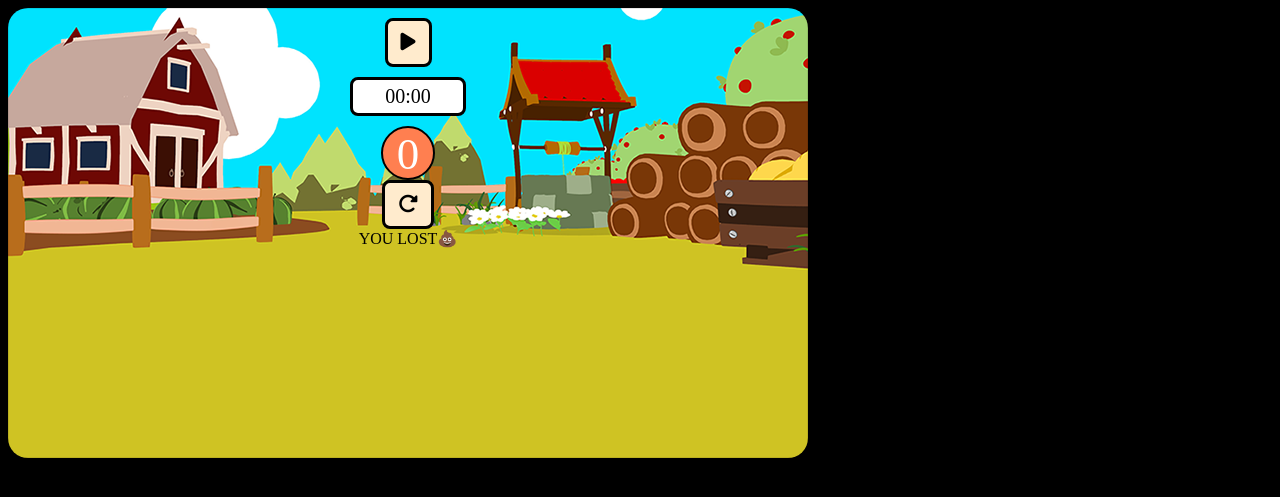
Repository: rladpwl0512/dreamcoding_browser101
Page: (7) catch-carrot-game/catch carrot/index.html
An editor plug-in stored every save of this project. The page is shown before and after the next save, followed by the edit.
The browser window is 1280 px wide. The pictures show the whole page.
Some web libraries are served in a nearby version.

Above is the page before, as saved 2021-10-07 17:44:58.

### (7) catch-carrot-game/catch carrot/index.html
<!DOCTYPE html>
<html lang="en">
<head>
  <meta charset="UTF-8">
  <meta http-equiv="X-UA-Compatible" content="IE=edge">
  <meta name="viewport" content="width=device-width, initial-scale=1.0">
  <link rel="stylesheet" href="./style.css">
  <script src="./main.js" defer></script>
  <script src="https://kit.fontawesome.com/d1f0f5669b.js" crossorigin="anonymous"></script>
  <title>🥕catch carrot</title>
</head>
<body>
  <div class="background">
    <div class="top">
      <button class="btn">
        <i class="fas fa-play"></i>
        <!-- <i class="fas fa-pause"></i> -->
        <span class="blind">start button</span>
      </button>
      <div class="clock">00:00</div>
      <div class="count">0</div>
    </div>
    <div class="bottom">
      <div class="carrot_bug">
        <!--벌레 7개-->
        <img class="bug" src="./img/bug.png" alt="bug">
        <img class="bug" src="./img/bug.png" alt="bug">
        <img class="bug" src="./img/bug.png" alt="bug">
        <img class="bug" src="./img/bug.png" alt="bug">
        <img class="bug" src="./img/bug.png" alt="bug">
        <img class="bug" src="./img/bug.png" alt="bug">
        <img class="bug" src="./img/bug.png" alt="bug">
        <!--당근 10개-->
        <img class="carrot" src="./img/carrot.png" alt="bug">
        <img class="carrot" src="./img/carrot.png" alt="bug">
        <img class="carrot" src="./img/carrot.png" alt="bug">
        <img class="carrot" src="./img/carrot.png" alt="bug">
        <img class="carrot" src="./img/carrot.png" alt="bug">
        <img class="carrot" src="./img/carrot.png" alt="bug">
        <img class="carrot" src="./img/carrot.png" alt="bug">
        <img class="carrot" src="./img/carrot.png" alt="bug">
        <img class="carrot" src="./img/carrot.png" alt="bug">
        <img class="carrot" src="./img/carrot.png" alt="bug">
      </div>
      <div class="alert">
        <button class="btn_replay">
          <i class="fas fa-redo-alt"></i>
        </button>
        <div class="message">YOU LOST💩</div>
      </div>
    </div>
  </div>
</body>
</html>

### (7) catch-carrot-game/catch carrot/style.css
@charset "UTF-8";

body {
  background-color: black;
  text-align: center;
}

button {
  background: transparent;
  box-shadow: 0px 0px 0px transparent;
  border: 0px solid transparent;
  text-shadow: 0px 0px 0px transparent;
  cursor: pointer;
}

.background {
  box-sizing: border-box;
  background-image: url(./img/background.png);
  background-repeat: no-repeat;
  width: 800px;
  height: 450px;
  border-radius: 20px;
  padding-top: 10px;
}

.btn, .btn_replay {
  display: block;
  margin: 0px auto;
  padding: 10px 13px;
  font-size: 20px;
  border: 3px solid black;
  border-radius: 8px;
  background-color: blanchedalmond;
}

.clock {
  width: 100px;
  background-color: white;
  border: 3px solid black;
  border-radius: 8px;
  padding: 5px;
  margin: 0 auto;
  font-size: 20px;
  margin: 10px auto 0;
}

.count {
  width: 50px;
  height: 50px;
  font-size: 45px;
  color: white;
  background-color: coral;
  border: 2px solid black;
  border-radius: 50%;
  margin: 10px auto 0;
}

.blind {
  position: absolute;
  width: 1px;
  height: 1px;
  clip: rect(0 0 0 0);
  margin: -1px;
  overflow: hidden;
}

.bottom {
  position: relative;
  height: 287px;
}

.bug, .carrot {
  display: none;
  position: absolute;
  top: 0;
  left: 0;
}

### (7) catch-carrot-game/catch carrot/main.js
const btn = document.querySelector('.btn');
const clock = document.querySelector('.clock');
const bugs = document.querySelectorAll('.bug');
const carrots = document.querySelectorAll('.carrot');
const count = document.querySelector('.count');

//타이머(count down)
let time = 11; //10초
function timer() {
    const interval = setInterval(function() {
      time--;
      if(time === -1) {
        time=11;
        clearInterval(interval);
        return;
      }
      clock.innerHTML = `00:${time}`;
  }, 1000); //1초마다 실행
}

//랜덤 배치
function random() {
  for(let bug of bugs) {
    let xNum = Math.floor(Math.random() * 720);
    let yNum = Math.floor(Math.random() * 170);
    bug.style.display = "block";
    bug.style.transform = `translate(${xNum}px, ${yNum}px)`;
  }
  for(let carrot of carrots) {
    xNum = Math.floor(Math.random() * 720);
    yNum = Math.floor(Math.random() * 170);
    carrot.style.display = "block";
    carrot.style.transform = `translate(${xNum}px, ${yNum}px)`;
  }
}

//클릭이 되었을 때 버튼 변경
btn.addEventListener('click', () => {
  //1. 중지버튼으로 변경
  btn.innerHTML=`
    <i class="fas fa-square"></i>
    <span class="blind">pause button</span>
  `;
  //2. 타이머 실행
  timer();
  //3. 카운터 실행(클릭 카운터)
  //4. 당근, 벌레 랜덤 배치
  random();
});

//당근이 클릭되었을 때
let cnt = 10; //당근 갯수
for(let carrot of carrots) {
  carrot.addEventListener('click', () => {
    carrot.style.display = "none"; //당근 사라지게 함
    cnt--;//counter 횟수 줄어듦
    count.innerHTML = cnt;
});

//벌레가 클릭되었을 때
for(let bug of bugs) {
  bug.addEventListener('click', () => {
    //you lost
  })
}
}

After the next save:
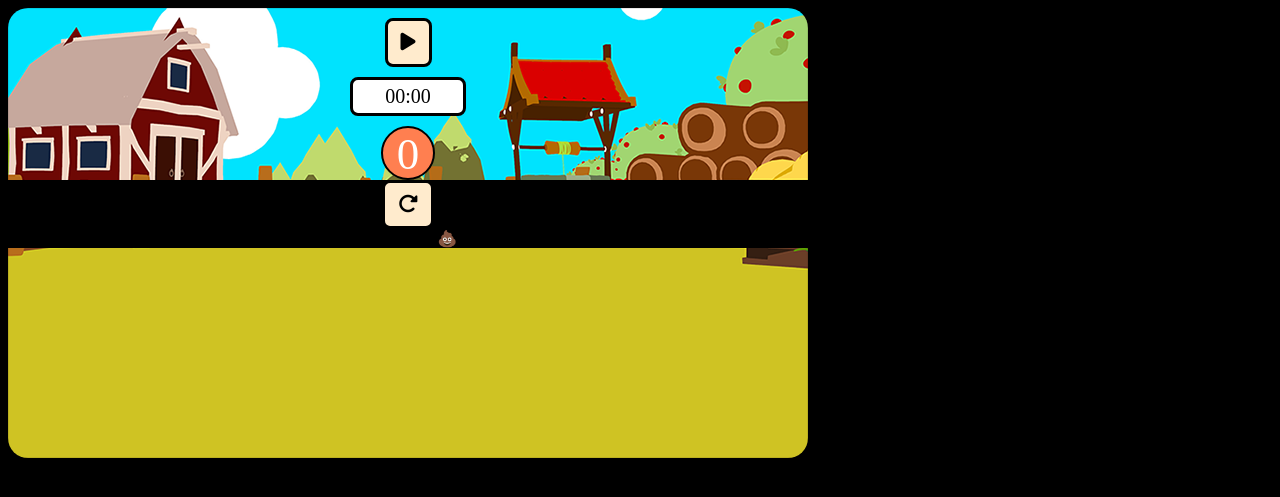
Saved 20 s later.
--- a/(7) catch-carrot-game/catch carrot/style.css
+++ b/(7) catch-carrot-game/catch carrot/style.css
@@ -75,3 +75,7 @@ button {
   top: 0;
   left: 0;
 }
+
+.alert {
+  background-color: black;
+}
